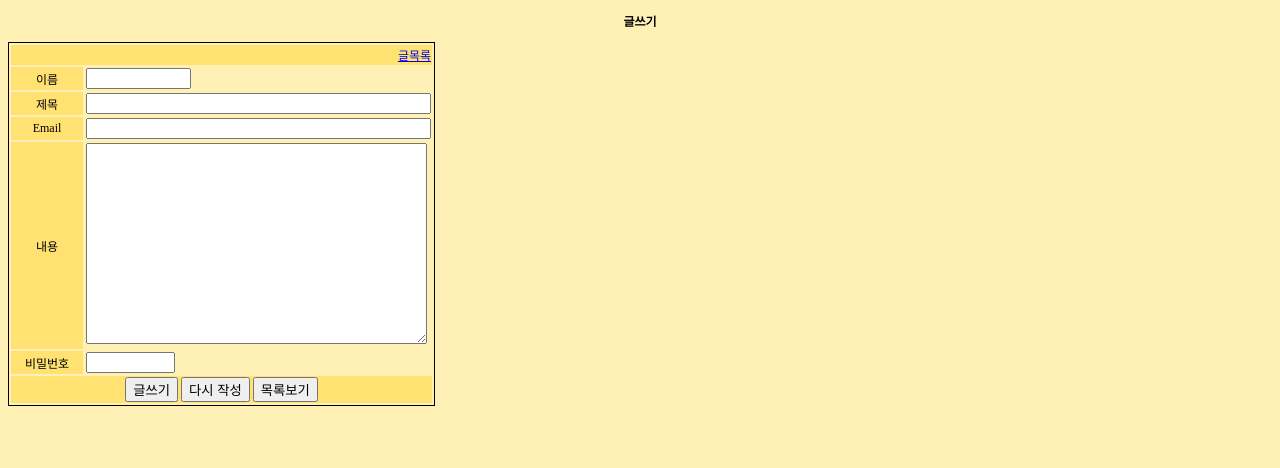
Repository: gugucon-hwan/ForStudyJSP
Page: http://localhost/StudyBasicJSP/ch13/writeForm.jsp
An editor plug-in stored every save of this project. The page is shown before and after the next save, followed by the edit.
The browser window is 1280 px wide. The pictures show the whole page.
The page is served by Tomcat 9.

Above is the page before, as saved 2020-08-24 13:31:49.
Console error: SyntaxError: Unexpected identifier 'writeform'

After the next save:
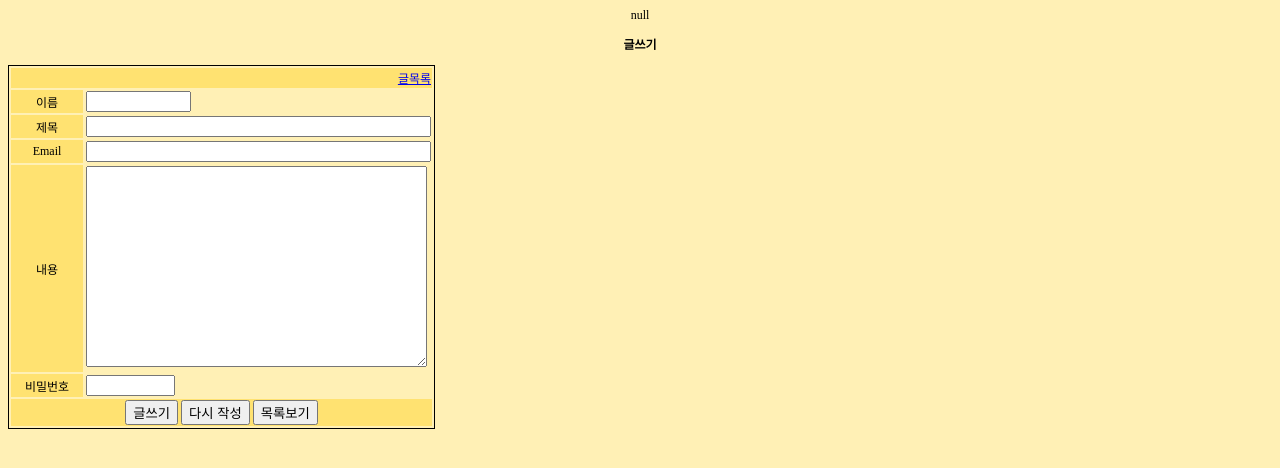
Saved 24 s later.
--- a/StudyBasicJSP/WebContent/ch13/writeForm.jsp
+++ b/StudyBasicJSP/WebContent/ch13/writeForm.jsp
@@ -14,8 +14,8 @@
 		int num=0, ref=1, re_step=0,re_level=0;
 		String strV="";
 		try{
+			out.println(request.getParameter("num"));
 			if(request.getParameter("num")!=null){
-				out.println(request.getParameter("num"));
 				num=Integer.parseInt(request.getParameter("num"));
 				ref=Integer.parseInt(request.getParameter("ref"));
 				re_step=Integer.parseInt(request.getParameter("re_step"));
